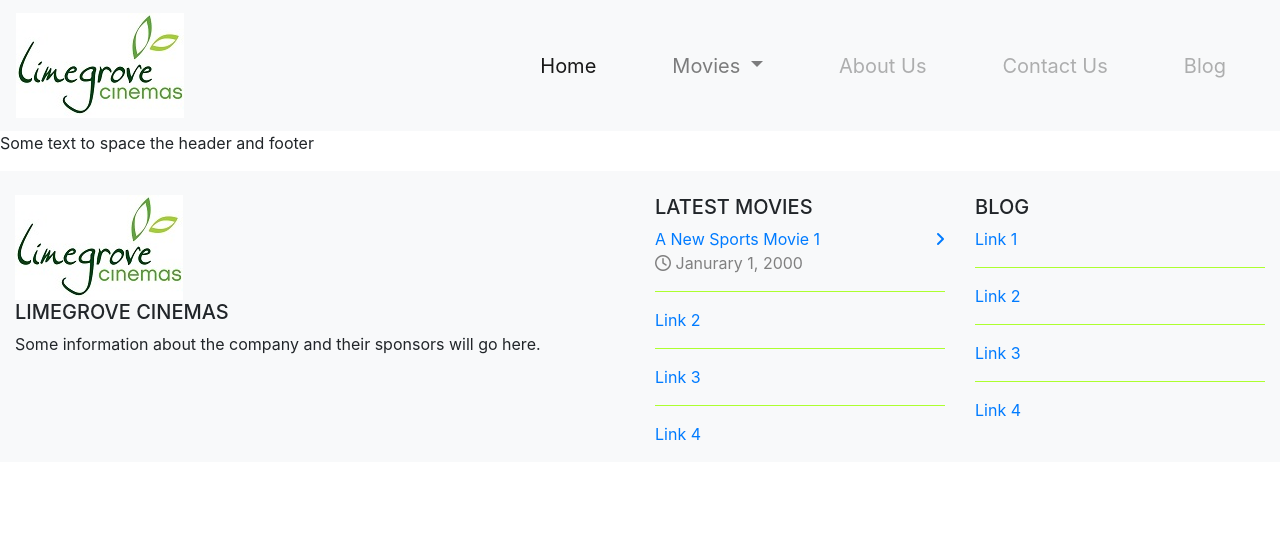
Repository: SimplyZacc/movie-web-template
Page: http://localhost/
An editor plug-in stored every save of this project. The page is shown before and after the next save, followed by the edit.
The browser window is 1280 px wide. The pictures show the whole page.
Some web libraries are served in a nearby version. The page is run by PHP 8.4 with error messages shown; the project is at /var/www/html/.

Above is the page before, as saved 2020-03-28 11:31:44.

After the next save:
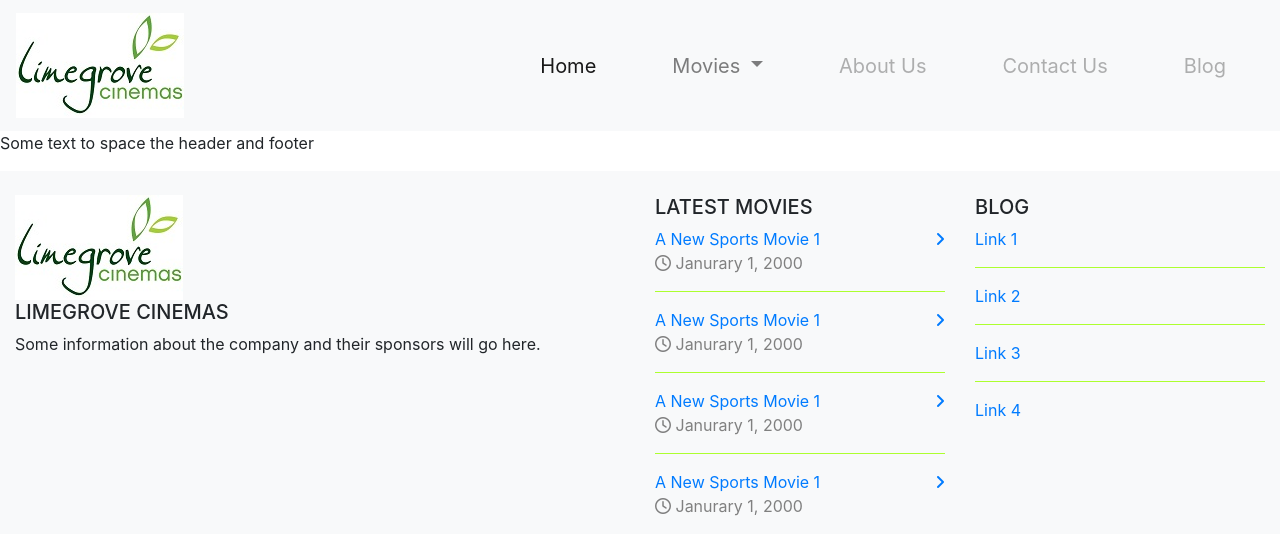
Saved 15 s later.
--- a/templates/footer.php
+++ b/templates/footer.php
@@ -26,15 +26,21 @@
                     </li>
                     <hr style="border-color: greenyellow;">
                     <li>
-                        <a href="#!">Link 2</a>
+                        <a href="#" style="text-decoration: none; ">A New Sports Movie 1 <span style="float: right"><i class="fas fa-angle-right"></i></span></a>
+                        <br>
+                        <p><i class="far fa-clock"></i> Janurary 1, 2000</p>
                     </li>
                     <hr style="border-color: greenyellow;">
                     <li>
-                        <a href="#!">Link 3</a>
+                        <a href="#" style="text-decoration: none; ">A New Sports Movie 1 <span style="float: right"><i class="fas fa-angle-right"></i></span></a>
+                        <br>
+                        <p><i class="far fa-clock"></i> Janurary 1, 2000</p>
                     </li>
                     <hr style="border-color: greenyellow;">
                     <li>
-                        <a href="#!">Link 4</a>
+                        <a href="#" style="text-decoration: none; ">A New Sports Movie 1 <span style="float: right"><i class="fas fa-angle-right"></i></span></a>
+                        <br>
+                        <p><i class="far fa-clock"></i> Janurary 1, 2000</p>
                     </li>
                 </ul>
 
